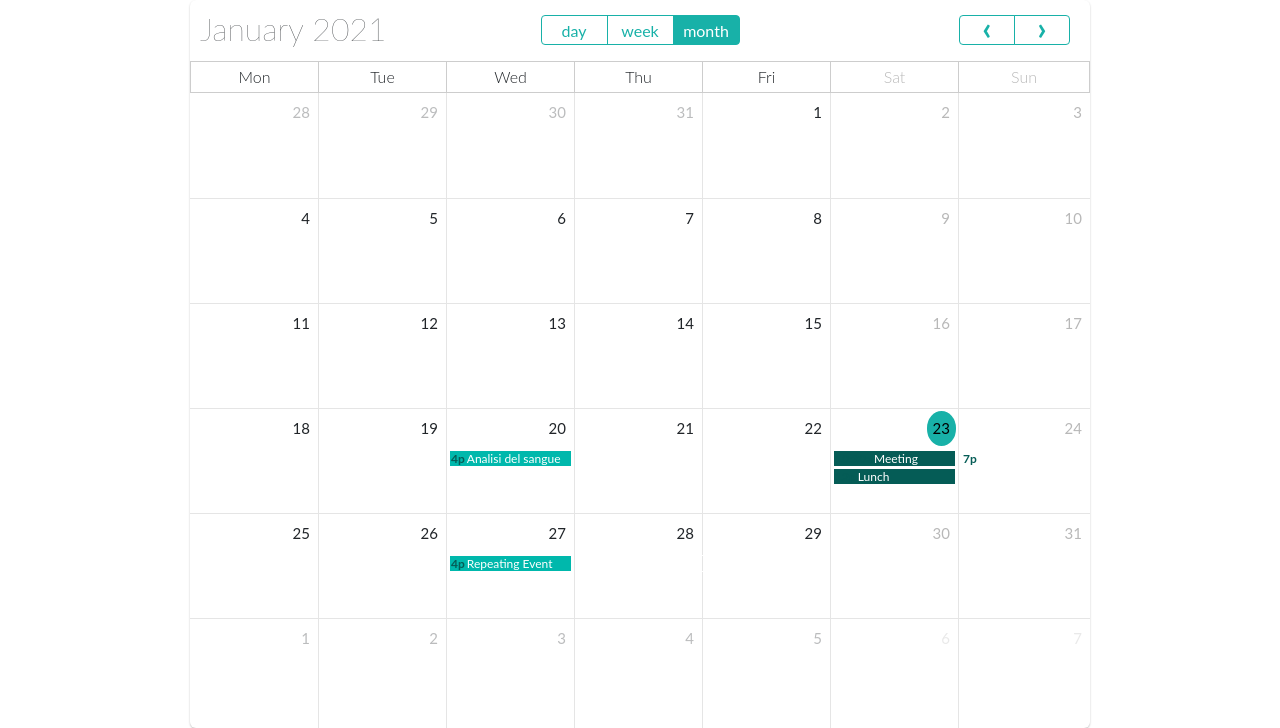
Repository: mohole/icare
Page: sviluppo/calendar/calendar.html
The author's editor kept a copy of each file at every save. The page is drawn from the files as they stood at one save, then again after the next save.
The browser window is 1280 px wide. The pictures show the whole page.

Above is the page before, as saved 2021-01-25 09:40:20.

After the next save:
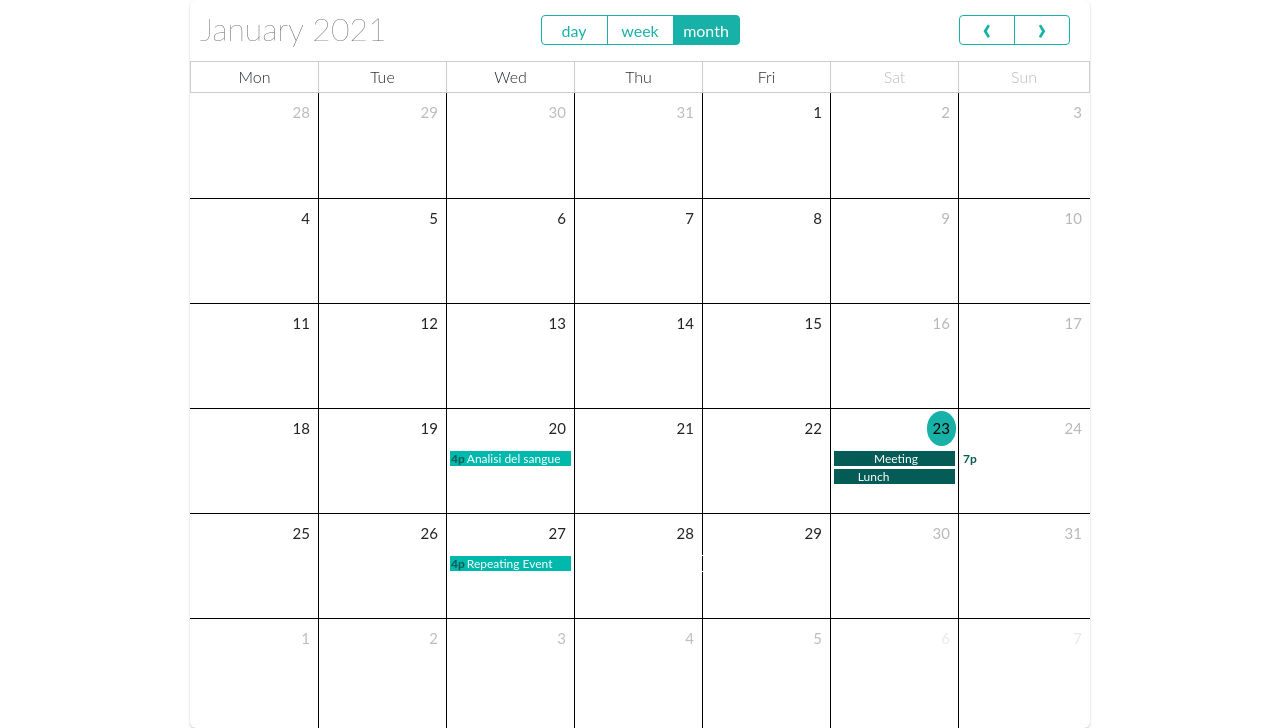
Saved 12 s later.
--- a/sviluppo/calendar/css/fullcalendar.css
+++ b/sviluppo/calendar/css/fullcalendar.css
@@ -126,7 +126,7 @@
 
     /* <th>, usually */
 .fc-widget-content {  /* <td>, usually */
-	border: 1px solid #e5e5e5;
+	border: 1px solid #000000;
 	}
 .fc-widget-header{
     border-bottom: 1px solid #EEE;

After the 2 saves that followed:
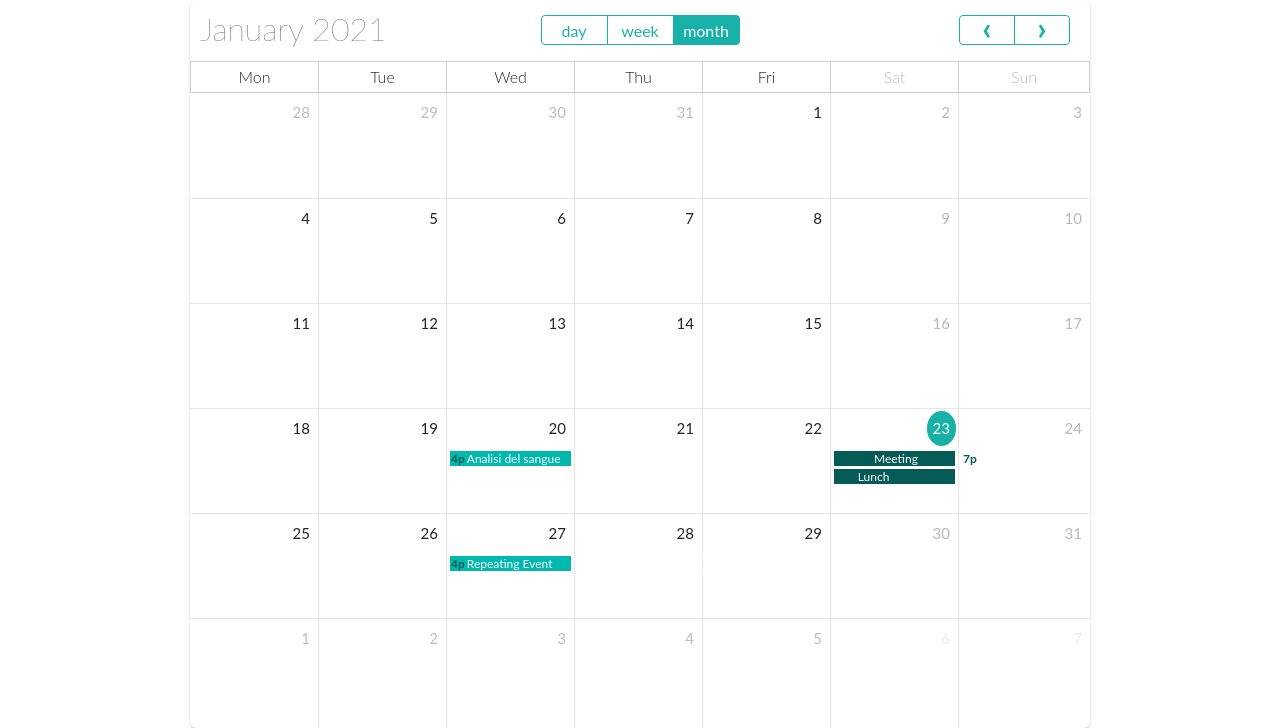
The 2 saves are shown as one change because 1 left the picture as it was.
The last was saved 10 s later.
--- a/sviluppo/calendar/css/fullcalendar.css
+++ b/sviluppo/calendar/css/fullcalendar.css
@@ -126,7 +126,7 @@
 
     /* <th>, usually */
 .fc-widget-content {  /* <td>, usually */
-	border: 1px solid #000000;
+	border: 1px solid #e5e5e5;
 	}
 .fc-widget-header{
     border-bottom: 1px solid #EEE;
@@ -135,7 +135,7 @@
 
 .fc-state-highlight > div > div.fc-day-number{
     background-color: var(--first-color);
-    color: #000000;
+    color: #FFFFFF;
     border-radius: 50%;
     margin: 4px;
 }
